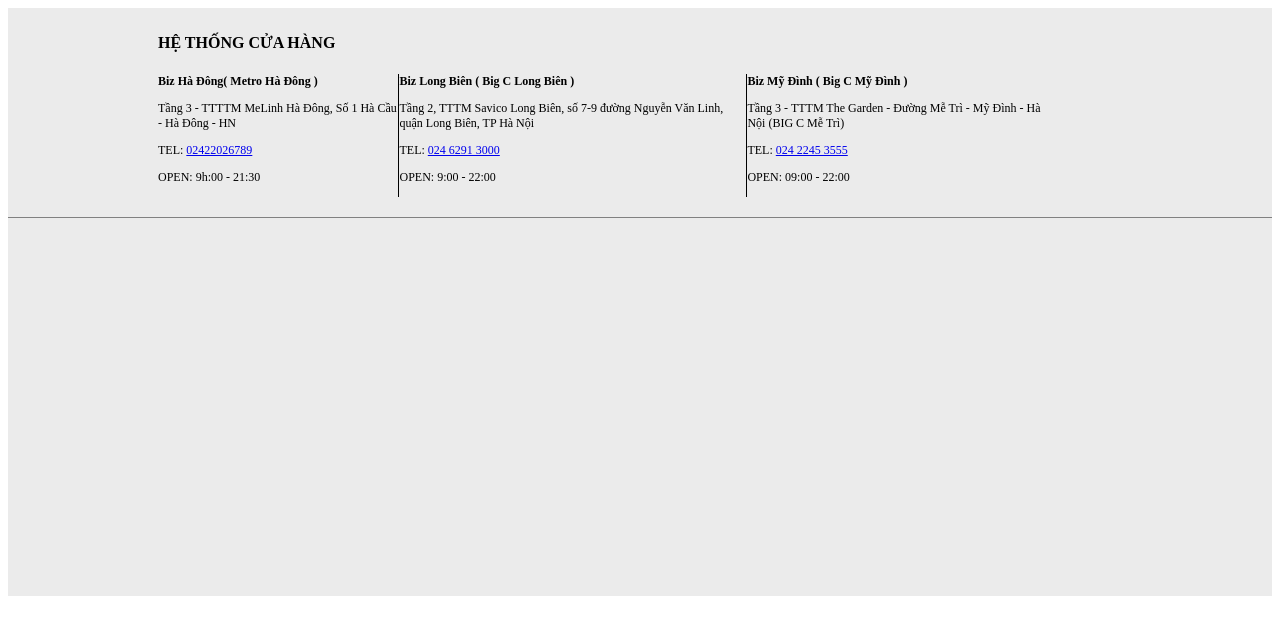
Repository: LongNguyen2504/T3H-FrondEnd
Page: lesson4_css_homework1.html
These files come from the project's save history. The page is drawn as it stood at one moment and after the next save; the edit follows.
The browser window is 1280 px wide. The pictures show the whole page.

Above is the page before, as saved 2021-12-04 20:46:16.

### lesson4_css_homework1.html
<!DOCTYPE html>
<html lang="en">
<head>
    <meta charset="UTF-8">
    <meta http-equiv="X-UA-Compatible" content="IE=edge">
    <meta name="viewport" content="width=device-width, initial-scale=1.0">
    <title>Document</title>
    <link rel="stylesheet" href="lesson4_css_homework1.css">
</head>
<body>
    <div class="top-div ancestor-div">
        <div class="row-div">
            <h4>HỆ THỐNG CỬA HÀNG</h4>
            <div class="row1-box-container">
                <div class="box1">
                    <strong>Biz Hà Đông( Metro Hà Đông )</strong>
                    <p>Tầng 3 - TTTTM MeLinh Hà Đông, Số 1 Hà Cầu - Hà Đông - HN</p>
                    <p>TEL: <a href="#1">02422026789</a></p>
                    <p>OPEN: 9h:00 - 21:30</p>
                </div>
                <div class="box2">
                    <strong>Biz Long Biên ( Big C Long Biên )</strong>
                    <p>Tầng 2, TTTM Savico Long Biên, số 7-9 đường Nguyễn Văn Linh, quận Long Biên, TP Hà Nội</p>
                    <p>TEL: <a href="#1">024 6291 3000</a></p>
                    <p>OPEN: 9:00 - 22:00</p>
                </div>
                <div class="box3">
                    <strong>Biz Mỹ Đình ( Big C Mỹ Đình )</strong>
                    <p>Tầng 3 - TTTM The Garden - Đường Mễ Trì - Mỹ Đình - Hà Nội (BIG C Mễ Trì)</p>
                    <p>TEL: <a href="#1">024 2245 3555</a></p>
                    <p>OPEN: 09:00 - 22:00</p>
                </div>
            </div>
        </div>
    </div>
    <div class="footer-div ancestor-div"></div>
</body>
</html>

### lesson4_css_homework1.css
*{
    box-sizing: border-box;
}
.ancestor-div{
    background-color: #ebebeb;
    justify-content: center;
    font-family: 'Times New Roman', Times, serif;

}
.top-div{
    width: 100%;
    height: 210px;
    border-bottom: 1px solid gray;
    position: relative;

}
.footer-div{
    width: 100%;
    height: 378px;
}
.row-div{
    width: 70%;
    height: 200px;
    position: absolute;
    top: 5px;
    left: 150px;
}
.row1-box-container{
    display: flex;
    overflow: auto;

}
.box1{
    padding: auto;
    font-size: 12px;
    border-right: 1px solid black ;
}
.box2{
    padding: auto;
    font-size: 12px;
    border-right: 1px solid black ;
}
.box3{
    padding: auto;
    font-size: 12px;
}

After the next save:
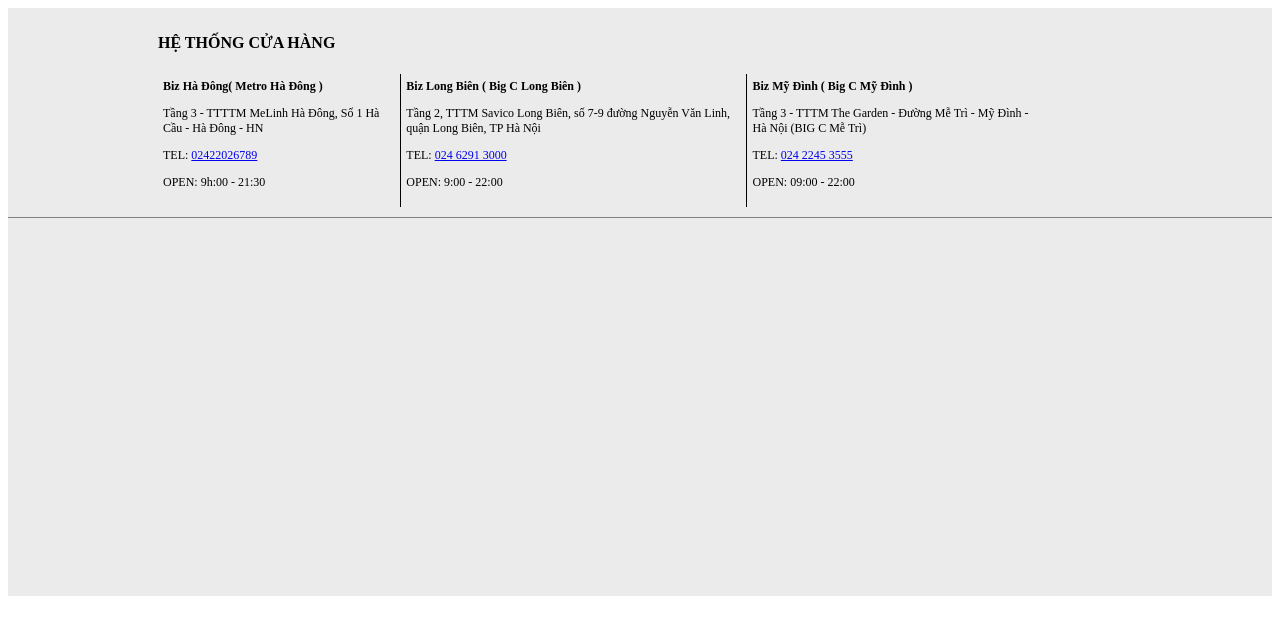
Saved 29 s later.
--- a/lesson4_css_homework1.css
+++ b/lesson4_css_homework1.css
@@ -31,16 +31,16 @@
 
 }
 .box1{
-    padding: auto;
+    padding: 5px;
     font-size: 12px;
     border-right: 1px solid black ;
 }
 .box2{
-    padding: auto;
+    padding: 5px;
     font-size: 12px;
     border-right: 1px solid black ;
 }
 .box3{
-    padding: auto;
+    padding: 5px;
     font-size: 12px;
 }
